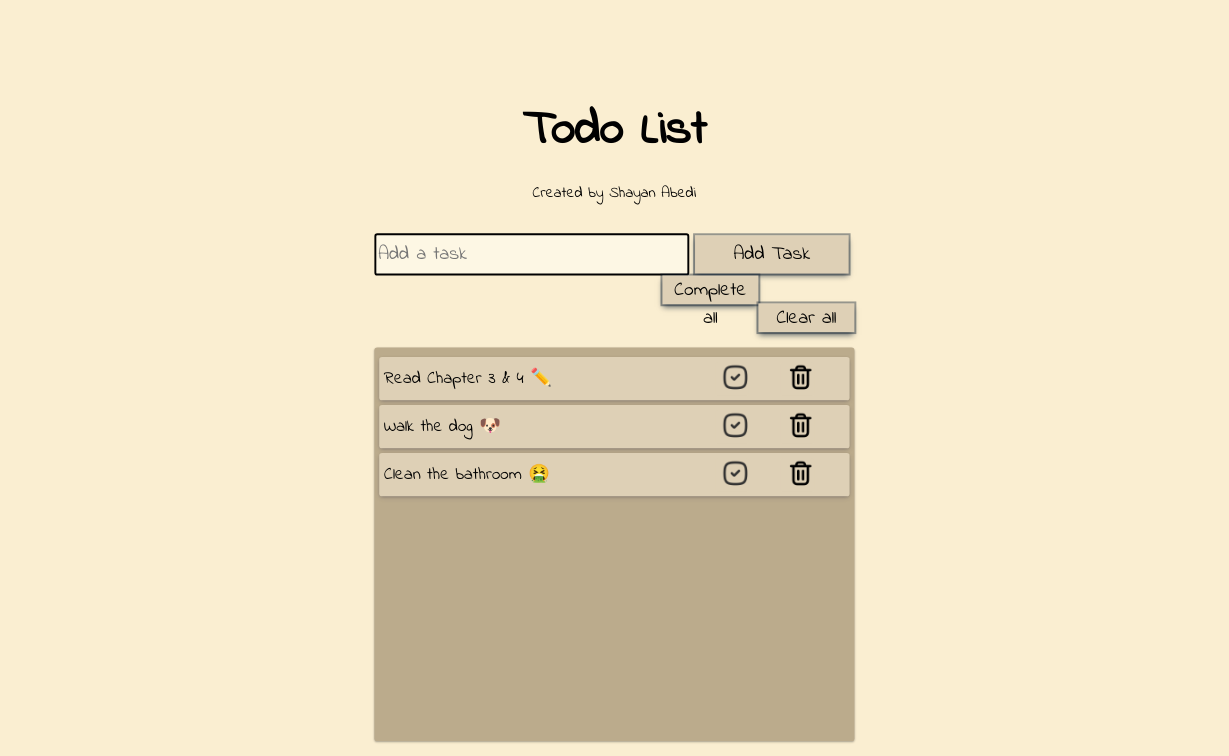
Repository: shayanabedi98/todo-list
Page: /
These files come from the project's save history. The page is drawn as it stood at one moment and after the next save; the edit follows.
The browser window is 1280 px wide. The pictures show the whole page, at 96% of full size.
The project was rebuilt for these pictures with package versions that can differ from the ones it lists, and the page was loaded fresh each time. Also part of the build but not shown: vite.config.js.

Above is the page before, as saved 2023-12-30 17:08:17.

### index.html
<!doctype html>
<html lang="en">
  <head>
    <meta charset="UTF-8" />
    <link rel="icon" type="image/svg+xml" href="./src/assets/pencil-svgrepo-com.png" />
    <meta name="viewport" content="width=device-width, initial-scale=1.0" />
    <link rel="preconnect" href="https://fonts.googleapis.com">
    <link rel="preconnect" href="https://fonts.gstatic.com" crossorigin>
    <link href="https://fonts.googleapis.com/css2?family=Indie+Flower&display=swap" rel="stylesheet">
    <title>Todo List</title>
  </head>
  <body>
    <div id="root"></div>
    <script type="module" src="/src/main.jsx"></script>
  </body>
</html>

### src/App.jsx
import { useState } from "react";
import { v4 as uuid } from "uuid";
import TodoList from "./TodoList";
import CreateTask from "./CreateTask";
import AffectAll from "./AffectAll";

function App() {
  const [list, setList] = useState([
    { id: uuid(), text: "Read Chapter 3 & 4 ✏️", completed: false },
    { id: uuid(), text: "Walk the dog 🐶", completed: false },
    { id: uuid(), text: "Clean the bathroom 🤮", completed: false },
  ]);
  const [input, setInput] = useState("");

  const addTask = () => {
    if (input.trim() !== "") {
      setList([...list, { id: uuid(), text: input, completed: false }]);
      setInput("");
    }
  };

  const handleChange = (event) => {
    setInput(event.target.value);
  };

  const handleDelete = (taskID) => {
    const newList = list.filter((task) => {
      return task.id !== taskID;
    });
    setList(newList);
  };

  const handleComplete = (taskID) => {
    const newList = list.map((task) => {
      if (task.id === taskID) {
        return { ...task, completed: !task.completed };
      } else {
        return task;
      }
    });
    setList(newList);
  };

  const clearAll = () => {
    setList([]);
  };

  const completeAll = () => {
    const isItCompleted = list.some((task) => !task.completed);
    const newList = list.map((task) => ({ ...task, completed: isItCompleted }));
    setList(newList)
  };

  return (
    <>
      <h1>Todo List</h1>
      <p>Created by Shayan Abedi</p>
      <CreateTask handleChange={handleChange} input={input} addTask={addTask} />
      <AffectAll clearAll={clearAll} completeAll={completeAll} />
      <TodoList
        list={list}
        handleDelete={handleDelete}
        handleComplete={handleComplete}
      />
    </>
  );
}

export default App;

### src/index.css
body {
  background-color: #FAEED1;
  font-family: 'Indie Flower', cursive;
}

h1 {
  font-size: 50px;
  margin-top: 100px;
  margin-bottom: 0;
  text-align: center;
}

.create-task {
  display: grid;
  place-items: center;
  align-content: center;
  grid-template-columns: 1fr 1fr;
  margin: 30px auto 0 auto;
}

.create-task input {
  background-color: #FDF7E4;
  border: 2px solid black;
  border-radius: 3px;
  font-size: 20px;
  height: 38px;
  width: 320px;
  font-family: 'Indie Flower', cursive;
}

.create-task button {
  background-color: #DED0B6;
  border: none;
  font-family: 'Indie Flower', cursive;
  height: 40px;
  width: 160px;
  font-size: 20px;
  box-shadow: rgba(6, 24, 44, 0.4) 0px 0px 0px 2px, rgba(6, 24, 44, 0.65) 0px 4px 6px -1px, rgba(255, 255, 255, 0.08) 0px 1px 0px inset;
  cursor: pointer;
}

.affect-all {
  text-align: end;
}

.affect-all button {
  background-color: #DED0B6;
  border: none;
  font-family: 'Indie Flower', cursive;
  height: 30px;
  width: 100px;
  font-size: 20px;
  box-shadow: rgba(6, 24, 44, 0.4) 0px 0px 0px 2px, rgba(6, 24, 44, 0.65) 0px 4px 6px -1px, rgba(255, 255, 255, 0.08) 0px 1px 0px inset;
  cursor: pointer;
}

.list ul {
 padding: 5px;
 box-shadow: rgba(0, 0, 0, 0.12) 0px 1px 3px, rgba(0, 0, 0, 0.24) 0px 1px 2px;
  border-radius: 3px;
  background-color: #BBAB8C;
  min-height: 400px;
}

.list li {
  list-style: none;
  display: grid;
  grid-template-columns: 1fr 0.2fr 0.2fr;
  background-color: #DED0B6;
  margin-top: 5px;
  margin-bottom: 5px;
  padding: 5px;
  box-shadow: rgba(50, 50, 93, 0.25) 0px 2px 5px -1px, rgba(0, 0, 0, 0.3) 0px 1px 3px -1px;
  border-radius: 3px;
  font-size: 18px;
  align-items: center;
}

p, h1, .create-task, .list, .affect-all {
  width: 500px;
  margin-left: auto;
  margin-right: auto;
}

.list button {
  background-color: #DED0B6;
  font-family: 'Indie Flower', cursive;
  height: 35px;
  width: 35px;
  margin: auto 2px;
  cursor: pointer;
  border: none;
  border-radius: 3px;
}

.list img {
  height: 30px;
}

p {
  text-align: center;
}

### src/TodoList.jsx
import React from "react";
import trash from "./assets/trash.png";
import check from "./assets/check.png";

const TodoList = ({ handleComplete, handleDelete, list }) => {
  const completedStyle = (condition) => {
    return condition
      ? {
          color: "grey",
          textDecoration: "line-through",
        }
      : {};
  };

  return (
    <div className="list">
      <ul>
        {list.map((task) => {
          return (
            <li key={task.id}>
              <span style={completedStyle(task.completed)}>{task.text}</span>
              <button id="complete" onClick={() => handleComplete(task.id)}>
                <img src={check} alt="checkmark button"/>
              </button>
              <button id="delete" onClick={() => handleDelete(task.id)}>
                <img src={trash} alt="delete button"/>
              </button>
            </li>
          );
        })}
      </ul>
    </div>
  );
};

export default TodoList;

### src/CreateTask.jsx
import React from "react";

const CreateTask = ({input, addTask, handleChange}) => {
  return (
    <div className="create-task">
      <input
        onKeyDown={(e) => e.key === 'Enter' && addTask()}
        placeholder="Add a task"
        type="text"
        onChange={handleChange}
        value={input}
      />
      <button onClick={addTask}>Add Task</button>
    </div>
  );
};

export default CreateTask;

### src/AffectAll.jsx
import React from "react";

const AffectAll = ({ clearAll, completeAll }) => {
  return (
    <div className="affect-all">
      <button onClick={completeAll}>Complete all</button>
      <button onClick={clearAll}>Clear all</button>
    </div>
  );
};

export default AffectAll;

Loaded but not shown: src/main.jsx (common file)

After the next save:
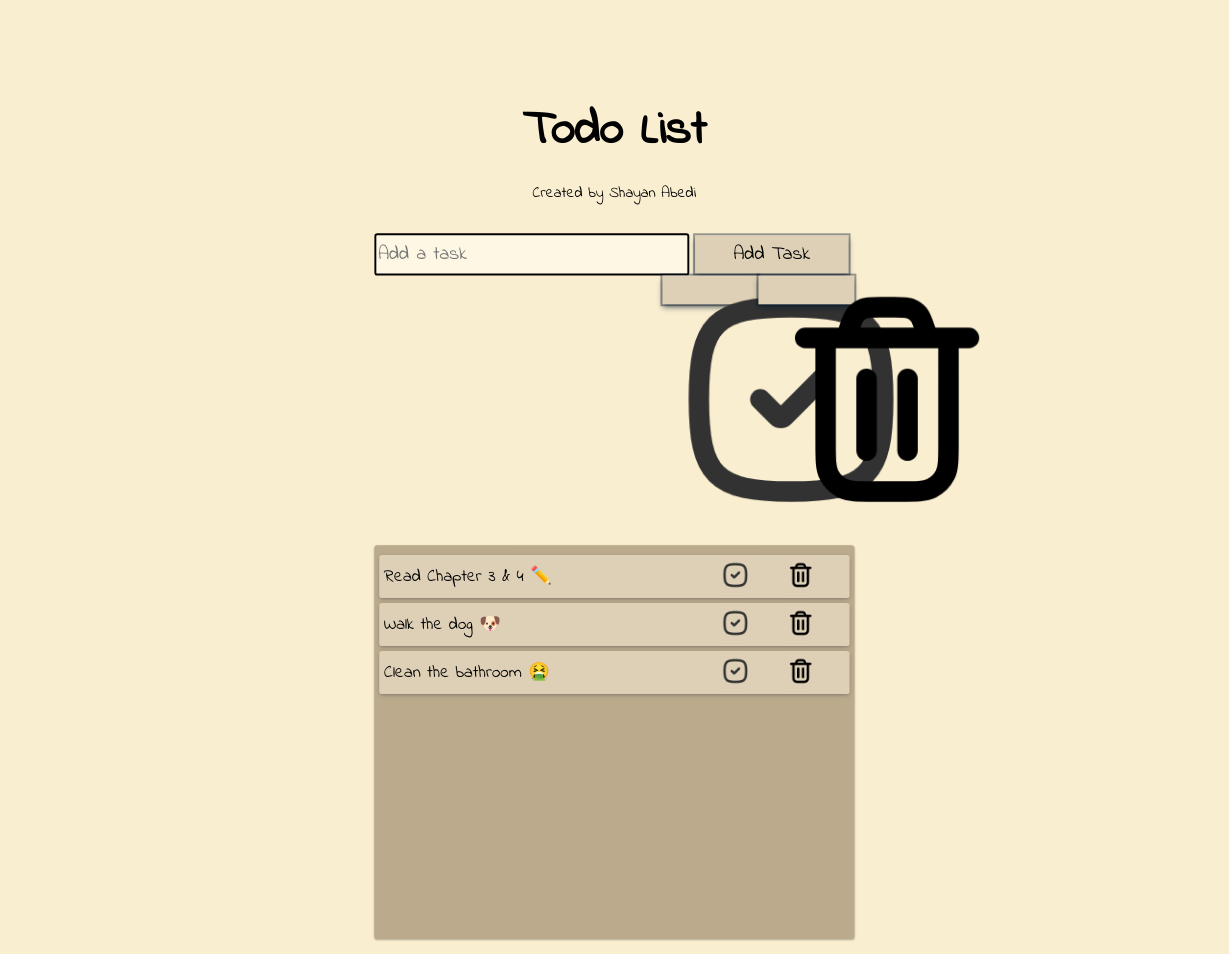
Saved 41 s later.
--- a/src/AffectAll.jsx
+++ b/src/AffectAll.jsx
@@ -1,10 +1,12 @@
 import React from "react";
+import trash from "./assets/trash.png";
+import check from "./assets/check.png";
 
 const AffectAll = ({ clearAll, completeAll }) => {
   return (
     <div className="affect-all">
-      <button onClick={completeAll}>Complete all</button>
-      <button onClick={clearAll}>Clear all</button>
+      <button onClick={completeAll}><img src={check} alt="" /></button>
+      <button onClick={clearAll}><img src={trash} alt="" /></button>
     </div>
   );
 };
